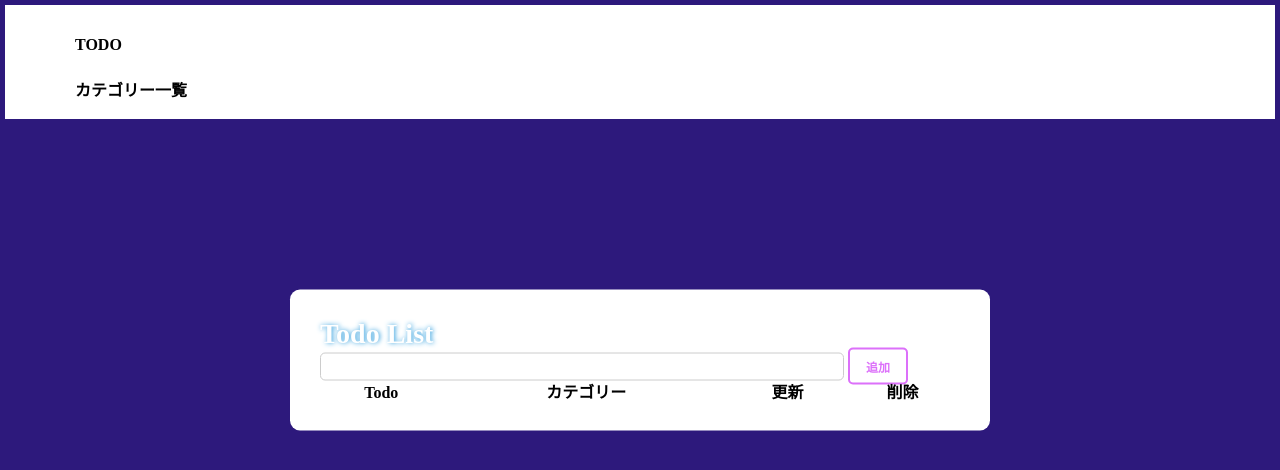
Repository: azuma2/cate
Page: http://localhost/
These files come from the project's save history. The page is drawn as it stood at one moment and after the next save; the edit follows.
The browser window is 1280 px wide. The pictures show the whole page.
The page is served by the project's Laravel application, run on PHP 8.4 with Laravel 8. Other server files are loaded and not shown. Queries for data that is not in the repository find no rows.

Above is the page before, as saved 2022-05-17 02:45:40.

### routes/web.php
<?php

use Illuminate\Support\Facades\Route;
use App\Http\Controllers\TodoController;
use App\Http\Controllers\CateController;


Route::get('/', [TodoController::class, 'index']);
Route::post('/todo/create', [TodoController::class, 'create']);
Route::post('/todo/update', [TodoController::class, 'update']);
Route::post('/todo/delete', [TodoController::class, 'remove']);
Route::post('/todo/search', [TodoController::class, 'search']);
Route::post('/cate/create', [CateController::class, 'post']);
Route::post('/cate/update', [CateController::class, 'update']);
Route::post('/cate/delete', [CateController::class, 'remove']);
Route::post('/cate/search', [CateController::class, 'search']);

### app/Http/Controllers/TodoController.php
<?php

namespace App\Http\Controllers;

use App\Models\Todo;
use App\Models\Cate;
use Illuminate\Http\Request;
use Illuminate\Support\Facades\DB;

class TodoController extends Controller
{
    public function index()
    {
        $items = Todo::all();
        $items = DB::select('select * from todos');

        return view('index', ['items' => $items]);
    }

    public function create(Request $request)
    {
        $param = ['content' => $request->content,];
        $this->validate($request, Todo::$rules);

        DB::insert('insert into todos (content) values (:content)', $param);
        return redirect('/');
    }

    public function update(Request $request)
    {
         $param = [
            'id' => $request->id,
            'content' => $request->content,

        ];
        $this->validate($request, Todo::$rules);
        DB::update('update todos set content =:content where id =:id', $param);
        return redirect('/');
    }

    public function remove(Request $request)
    {
        $param = ['id' => $request->id];
        DB::delete('delete from todos where id =:id', $param);
        return redirect('/');
    }

}

### app/Models/todo.php
<?php


namespace App\Models;

use Illuminate\Database\Eloquent\Factories\HasFactory;
use Illuminate\Database\Eloquent\Model;
use App\Models\Cate;

class Todo extends Model
{
    use HasFactory;

    protected $fillable = ['cate_id', 'content'];

    public static $rules = array(
        'cate_id' => 'text',
        'content' => 'required|max:20',
    );

    public function cate(){
        return $this->belongsTo('App\Models\cate');
    }


}

### resources/views/index.blade.php
<!DOCTYPE html>
<html lang="ja">
<head>
    <meta charset="UTF-8">
    <meta http-equiv="X-UA-Compatible" content="IE=edge">
    <meta name="viewport" content="width=device-width, initial-scale=1.0">
    <link rel="stylesheet" href="{{ asset('\resources\views\reset.css') }}" >
    <title>@yield('title')</title>
    <style>
    body {
      font-size:16px;
      margin: 5px;
      background-color: #2d197c;
    }


header{
  padding-right:50px;
  padding-left:50px;
  padding-top:20px;
  position: sticky;
  left: 0;
  top: 0;
  background: #fff;
}
.head {
  justify-content: space-between;
  display: flex;
  font-weight: bolder;
  position: sticky;
  bottom: 0;
}

.head1{
  padding: 10px;
  margin: 10px;
}

.head2{
  padding: 10px;
  margin: 10px;
}

ul{
  list-style: none;
  margin-top: -8px;
}

    td {
      padding: 5px 10px;
      text-align: center;
    }

    .narabe{
      display:flex;
        flex-flow: column;
    }

    .button {
    text-align: left;
    border: 2px solid #dc70fa;
    font-size: 12px;
    color: #dc70fa;
    background-color: #fff;
    font-weight: bold;
    padding: 8px 16px;
    border-radius: 5px;
    cursor: pointer;
    transition: 0.4s;
    outline: none;
}
.input-add {
    width: 80%;
    padding: 5px;
    border-radius: 5px;
    border: 1px solid #ccc;
    appearance: none;
    font-size: 14px;
    outline: none;
}
.input-update {
    width: 90%;
    padding: 5px;
    border-radius: 5px;
    border: 1px solid #ccc;
    appearance: none;
    font-size: 14px;
    outline: none;
}
    .card {
    background-color: #fff;
    width: 50vw;
    padding: 30px;
    position: absolute;
    top: 50%;
    left: 50%;
    transform: translate(-50%, -50%);
    border-radius: 10px;
}
    h2 {
      font-size:28px;
      color:white;
      text-shadow:1px 0 5px #289ADC;
      margin-left: 1px;
      margin: 0;
    }
    .content {
      margin:10px;
    }
    </style>
  </head>
  <body>
  <header>
    <div class="head">
      <ul>
        <li class="head1">TODO</li>
        <li class="head2">カテゴリー一覧</li>
      </ul>
    </div>
  </header>
  <div class="container">
    <div class="card">
      <h2 class="title">Todo List</h2>
            <div class="todo">
              @if ($errors->has('content'))
                  <tr>
                    <th>ERROR</th>
                  <td>
                  {{$errors->first('content')}}
                </td>
            </tr>
          @endif
        <form action="/todo/create" method="post">
            @csrf
          <input type="text" class="input-add" name="content">
          <input class="button" type="submit" value="追加" />
        </form>
          <div class="narabe">
        <table>
            @csrf
          <tr>
            <th>Todo</th>
            <th>カテゴリー</th>
            <th>更新</th>
            <th>削除</th>
          </tr>

                    <tr>
            @foreach ($items as $item)

            <td>

            </td>

            <form action="/todo/update" method="post">
              @csrf
              <td>
                <input type="text" class="input-update" value="{{$item->content}}" name="content" />
              </td>
              <td>
                <input type="hidden"  name="id" value="{{$item->id}}">
                <input class="button" type="submit" value="更新" >
              </td>
            </form>
            <td>
              <form action="/todo/delete" method="post" >
                    @csrf
                <input  type="hidden" name="id" value="{{$item->id}}" >
                <input class="button" type="submit" value="削除" >
              </form>
            </td>
            </div>
          </tr>
          @endforeach
        </table>
      </div>
    </div>
  </div>
  </div>

</body>
</html>

### resources/views/reset.css
/*
html5doctor.com Reset Stylesheet
v1.6.1
Last Updated: 2010-09-17
Todo: Richard Clark - http://richclarkdesign.com
Twitter: @rich_clark
*/

html, body, div, span, object, iframe,
h1, h2, h3, h4, h5, h6, p, blockquote, pre,
abbr, address, cite, code,
del, dfn, em, img, ins, kbd, q, samp,
small, strong, sub, sup, var,
b, i,
dl, dt, dd, ol, ul, li,
fieldset, form, label, legend,
table, caption, tbody, tfoot, thead, tr, th, td,
article, aside, canvas, details, figcaption, figure,
footer, header, hgroup, menu, nav, section, summary,
time, mark, audio, video {
    margin:0;
    padding:0;
    border:0;
    outline:0;
    font-size:100%;
    vertical-align:baseline;
    background:transparent;
}

body {
    line-height:1;
}

article,aside,details,figcaption,figure,
footer,header,hgroup,menu,nav,section {
    display:block;
}

nav ul {
    list-style:none;
}

blockquote, q {
    quotes:none;
}

blockquote:before, blockquote:after,
q:before, q:after {
    content:'';
    content:none;
}

a {
    margin:0;
    padding:0;
    font-size:100%;
    vertical-align:baseline;
    background:transparent;
}

/* change colours to suit your needs */
ins {
    background-color:#ff9;
    color:#000;
    text-decoration:none;
}

/* change colours to suit your needs */
mark {
    background-color:#ff9;
    color:#000;
    font-style:italic;
    font-weight:bold;
}

del {
    text-decoration: line-through;
}

abbr[title], dfn[title] {
    border-bottom:1px dotted;
    cursor:help;
}

table {
    border-collapse:collapse;
    border-spacing:0;
}

/* change border colour to suit your needs */
hr {
    display:block;
    height:1px;
    border:0;
    border-top:1px solid #cccccc;
    margin:1em 0;
    padding:0;
}

input, select {
    vertical-align:middle;
}

Loaded but not shown: app/Http/Controllers/Controller.php (common file)

After the next save:
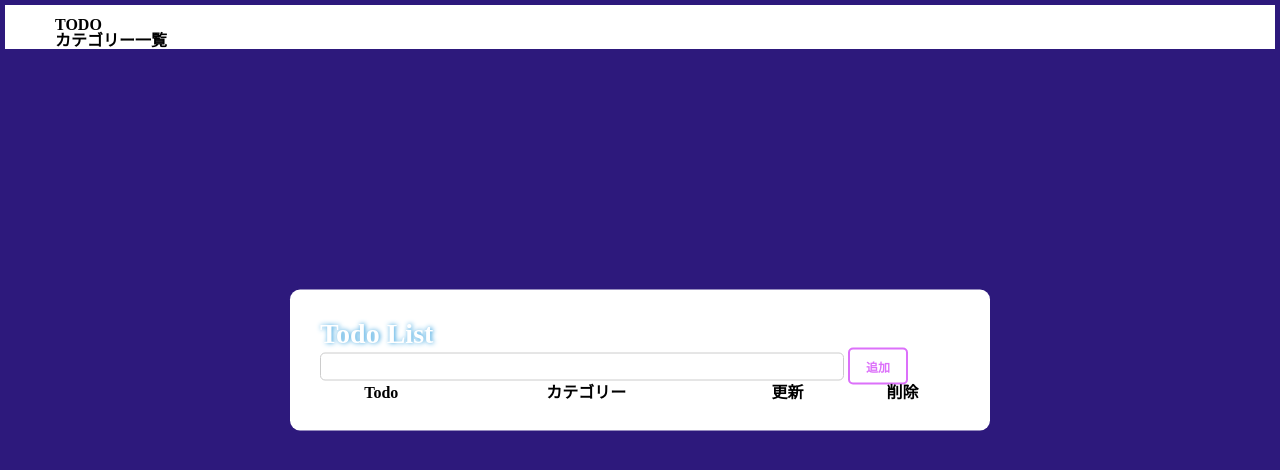
Saved 5 s later.
--- a/resources/views/index.blade.php
+++ b/resources/views/index.blade.php
@@ -31,15 +31,7 @@
   bottom: 0;
 }
 
-.head1{
-  padding: 10px;
-  margin: 10px;
-}
 
-.head2{
-  padding: 10px;
-  margin: 10px;
-}
 
 ul{
   list-style: none;

After the save that followed:
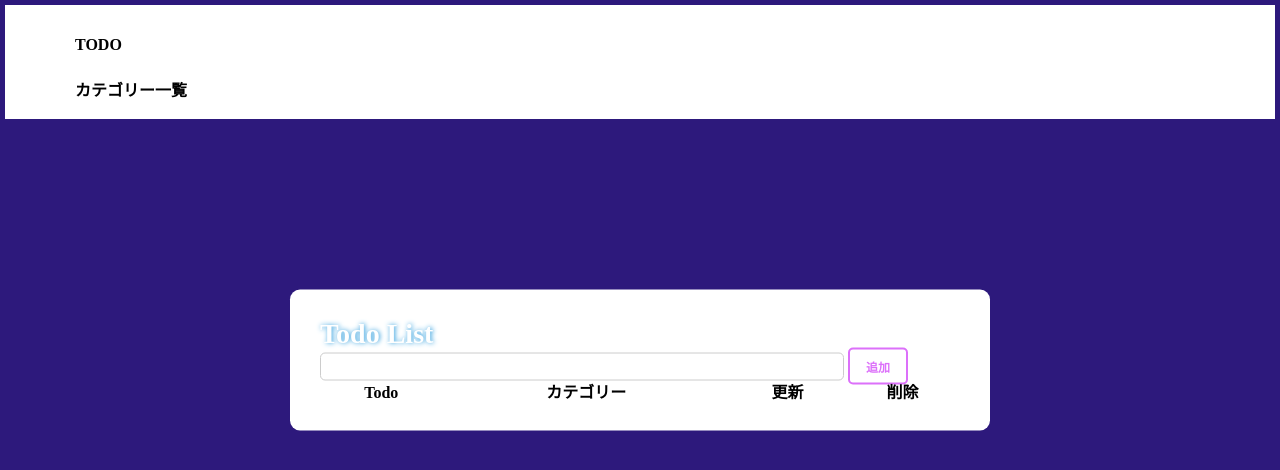
Saved 17 s later.
--- a/resources/views/index.blade.php
+++ b/resources/views/index.blade.php
@@ -31,7 +31,15 @@
   bottom: 0;
 }
 
+.head1{
+  padding: 10px;
+  margin: 10px;
+}
 
+.head2{
+  padding: 10px;
+  margin: 10px;
+}
 
 ul{
   list-style: none;
